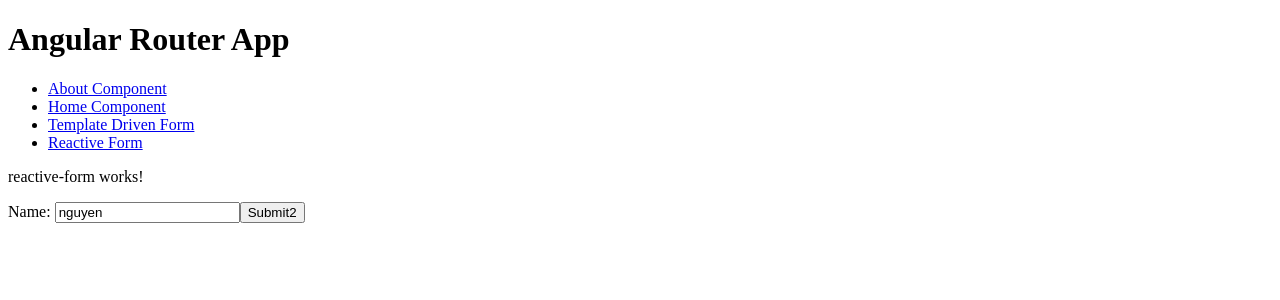
Repository: PhamTrungNguyen/Angular12
Page: /reactive (app in Angular/)
These files come from the project's save history. The page is drawn as it stood at one moment and after a run of saves; the edit follows.
The browser window is 1280 px wide. The pictures show the whole page.
The project was rebuilt for these pictures with package versions that can differ from the ones it lists, and the page was loaded fresh each time. Also part of the build but not shown: Angular/angular.json, Angular/src/app/template-driven-form/template-driven-form.component.ts, Angular/src/app/Service/home.service.ts, Angular/src/app/home/home.component.ts, Angular/src/app/about/about.component.ts, Angular/src/app/page-not-found/page-not-found.component.ts.

Above is the page before, as saved 2023-01-04 18:03:31.

### Angular/src/app/app.module.ts
import { NgModule } from '@angular/core';
import { BrowserModule } from '@angular/platform-browser';

import { AppRoutingModule } from './app-routing.module';
import { AppComponent } from './app.component';
import { HomeComponent } from './home/home.component';
import { AboutComponent } from './about/about.component';
import { FormsModule } from '@angular/forms';
import { OnSalePipe } from './on-sale.pipe';
import { PageNotFoundComponent } from './page-not-found/page-not-found.component';
import { HighlightDirective } from './Directives/highlight.directive';
import { TemplateDrivenFormComponent } from './template-driven-form/template-driven-form.component';
import { ReactiveFormComponent } from './reactive-form/reactive-form.component';
import { ReactiveFormsModule } from '@angular/forms';
@NgModule({
  declarations: [
    AppComponent,
    HomeComponent,
    AboutComponent,
    OnSalePipe,
    PageNotFoundComponent,
    HighlightDirective,
    TemplateDrivenFormComponent,
    ReactiveFormComponent,
  ],
  imports: [BrowserModule, AppRoutingModule, FormsModule, ReactiveFormsModule],
  providers: [],
  bootstrap: [AppComponent],
})
export class AppModule {}

### Angular/src/app/app-routing.module.ts
import { TemplateDrivenFormComponent } from './template-driven-form/template-driven-form.component';
import { HomeComponent } from './home/home.component';
import { AboutComponent } from './about/about.component';
import { PageNotFoundComponent } from './page-not-found/page-not-found.component';
import { NgModule } from '@angular/core';
import { RouterModule, Routes } from '@angular/router';
import { ReactiveFormComponent } from './reactive-form/reactive-form.component';

const routes: Routes = [
  { path: 'about', component: AboutComponent },
  { path: 'home', component: HomeComponent },
  { path: 'form', component: TemplateDrivenFormComponent },
  { path: 'reactive', component: ReactiveFormComponent },
  { path: '', component: HomeComponent },
  { path: '**', component: PageNotFoundComponent },
];

@NgModule({
  imports: [RouterModule.forRoot(routes)],
  exports: [RouterModule],
})
export class AppRoutingModule {}

### Angular/src/app/on-sale.pipe.ts
import { Pipe, PipeTransform } from '@angular/core';

@Pipe({
  name: 'onSale',
})
export class OnSalePipe implements PipeTransform {
  transform(value: unknown, ...args: unknown[]): unknown {
    // console.log('my pipe', value);
    try {
      if (value) {
        return 'Đang hạ giá';
      }
    } catch (error) {}
    return null;
  }
}

### Angular/src/app/Directives/highlight.directive.ts
import { Directive, ElementRef, Input } from '@angular/core';

@Directive({
  selector: '[appHighlight]',
})
export class HighlightDirective {
  @Input() appHighlight = 'blue';
  constructor(private el: ElementRef) {}
  public ngOnInit(): void {
    // console.log('HighlightDirective', this.appHighlight);
    this.el.nativeElement.style.color = this.appHighlight;
  }
}

### Angular/src/app/reactive-form/reactive-form.component.ts
import { Component, OnInit } from '@angular/core';
import { FormControl, FormGroup } from '@angular/forms';

@Component({
  selector: 'app-reactive-form',
  templateUrl: './reactive-form.component.html',
  styleUrls: ['./reactive-form.component.scss'],
})
export class ReactiveFormComponent {
  // myForm: FormGroup;
  public formData: FormGroup = new FormGroup({
    name: new FormControl('nguyen'),
    // email: new FormControl(''),
    // message: new FormControl(''),
  });

  ngOnInit() {}
  public submitForm(): void {
    console.log('Data:', this.formData);
  }
}

### Angular/src/app/app.component.html
<h1>Angular Router App</h1>
<!-- This nav gives you links to click, which tells the router which route to use (defined in the routes constant in  AppRoutingModule) -->
<nav>
    <ul>
        <li>
            <a routerLink="/about" routerLinkActive="active" ariaCurrentWhenActive="page">About Component</a>
        </li>
        <li>
            <a routerLink="/home" routerLinkActive="active" ariaCurrentWhenActive="page">Home Component</a>
        </li>
        <li>
            <a routerLink="/form" routerLinkActive="active" ariaCurrentWhenActive="page">Template Driven Form</a>
        </li>
        <li>
            <a routerLink="/reactive" routerLinkActive="active" ariaCurrentWhenActive="page">Reactive Form</a>
        </li>
    </ul>
</nav>
<!-- The routed views render in the <router-outlet>-->
<router-outlet></router-outlet>

### Angular/src/app/reactive-form/reactive-form.component.html
<p>reactive-form works!</p>

<form action="" [formGroup]="formData">
    Name:
    <input type="text" formControlName="name" placeholder="Your name" />
    <!-- <button (click)="submitForm()">Submit</button> -->
    <button type="submit" (click)="submitForm()">Submit2</button>
</form>

Loaded but not shown: Angular/src/index.html (common file); Angular/src/styles.scss (common file); Angular/src/main.ts (common file); Angular/src/app/app.component.ts (common file); Angular/src/app/app.component.scss (no stored copy; drawn as an empty file); Angular/src/app/reactive-form/reactive-form.component.scss (no stored copy; drawn as an empty file)

After the next 2 saves:
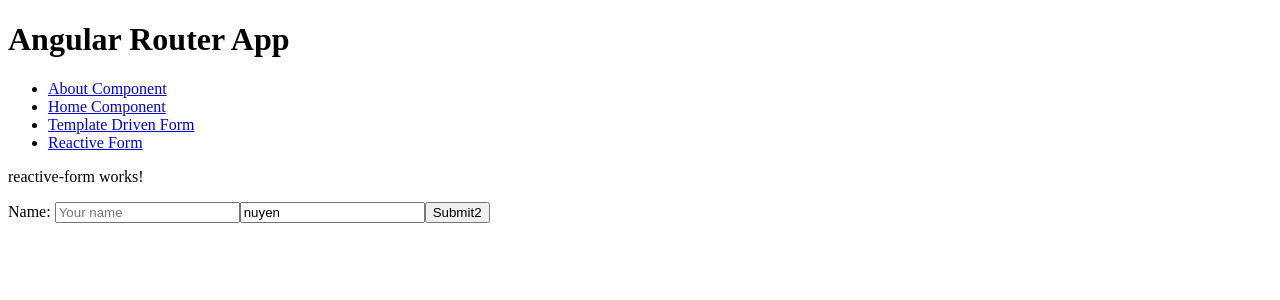
The 2 saves are shown as one change because 1 did not build or start.
The last was saved 41 s later.
--- a/Angular/src/app/reactive-form/reactive-form.component.ts
+++ b/Angular/src/app/reactive-form/reactive-form.component.ts
@@ -9,7 +9,8 @@ import { FormControl, FormGroup } from '@angular/forms';
 export class ReactiveFormComponent {
   // myForm: FormGroup;
   public formData: FormGroup = new FormGroup({
-    name: new FormControl('nguyen'),
+    name: new FormControl(''),
+    age: new FormControl('nuyen'),
     // email: new FormControl(''),
     // message: new FormControl(''),
   });
--- a/Angular/src/app/reactive-form/reactive-form.component.html
+++ b/Angular/src/app/reactive-form/reactive-form.component.html
@@ -3,6 +3,7 @@
 <form action="" [formGroup]="formData">
     Name:
     <input type="text" formControlName="name" placeholder="Your name" />
+    <input type="text" formControlName="age" placeholder="Your age" />
     <!-- <button (click)="submitForm()">Submit</button> -->
     <button type="submit" (click)="submitForm()">Submit2</button>
 </form>
